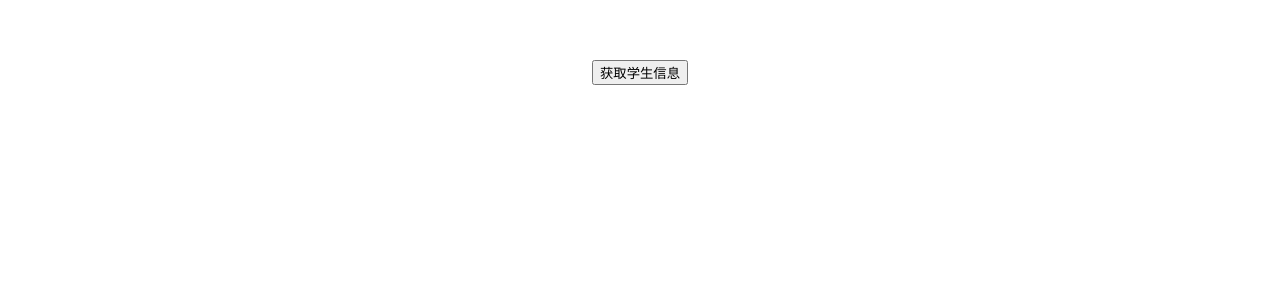
Repository: 319226862/wyy
Page: / (app in test/)
These files come from the project's save history. The page is drawn as it stood at one moment and after the next save; the edit follows.
The browser window is 1280 px wide. The pictures show the whole page.
The project was rebuilt for these pictures with package versions that can differ from the ones it lists, and the page was loaded fresh each time. Also part of the build but not shown: test/vue.config.js.

Above is the page before, as saved 2023-06-26 15:59:30.

### test/src/main.js
import Vue from 'vue'
import App from './App.vue'

Vue.config.productionTip = false

new Vue({
  render: h => h(App),
  beforeCreate(){
    Vue.prototype.$bus = this
  }
}).$mount('#app')

### test/src/App.vue
<template>
  <div id="app">
    <button @click="getStudent">获取学生信息</button>
  </div>
</template>

<script>
import axios from 'axios'
export default {
  name: 'App',
  data(){
    return {
      msg:'welcome'
    }
  },
  methods:{
    getStudent(){
      axios.get('http://localhost:8080/bus/cars').then(
        res=>{
          console.log("成功",res.data)
        },
        error=>{
          console.log("失败",error.message)
        }
      )
    }
  }
}
</script>

<style>
#app {
  font-family: Avenir, Helvetica, Arial, sans-serif;
  -webkit-font-smoothing: antialiased;
  -moz-osx-font-smoothing: grayscale;
  text-align: center;
  color: #2c3e50;
  margin-top: 60px;
}
</style>

Loaded but not shown: test/public/index.html (common file)

After the next save:
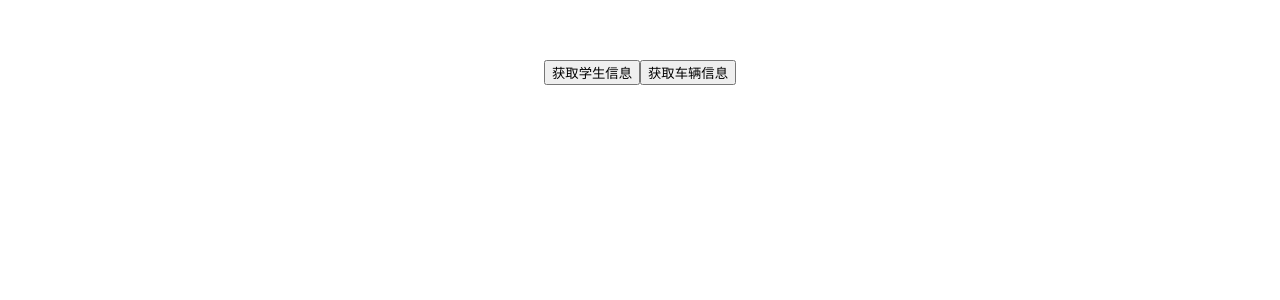
Saved 89 s later.
--- a/test/src/App.vue
+++ b/test/src/App.vue
@@ -1,6 +1,7 @@
 <template>
   <div id="app">
     <button @click="getStudent">获取学生信息</button>
+    <button @click="getCar">获取车辆信息</button>
   </div>
 </template>
 
@@ -15,6 +16,16 @@ export default {
   },
   methods:{
     getStudent(){
+      axios.get('http://localhost:8080/api/students').then(
+        res=>{
+          console.log("成功",res.data)
+        },
+        error=>{
+          console.log("失败",error.message)
+        }
+      )
+    },
+    getCar(){
       axios.get('http://localhost:8080/bus/cars').then(
         res=>{
           console.log("成功",res.data)
